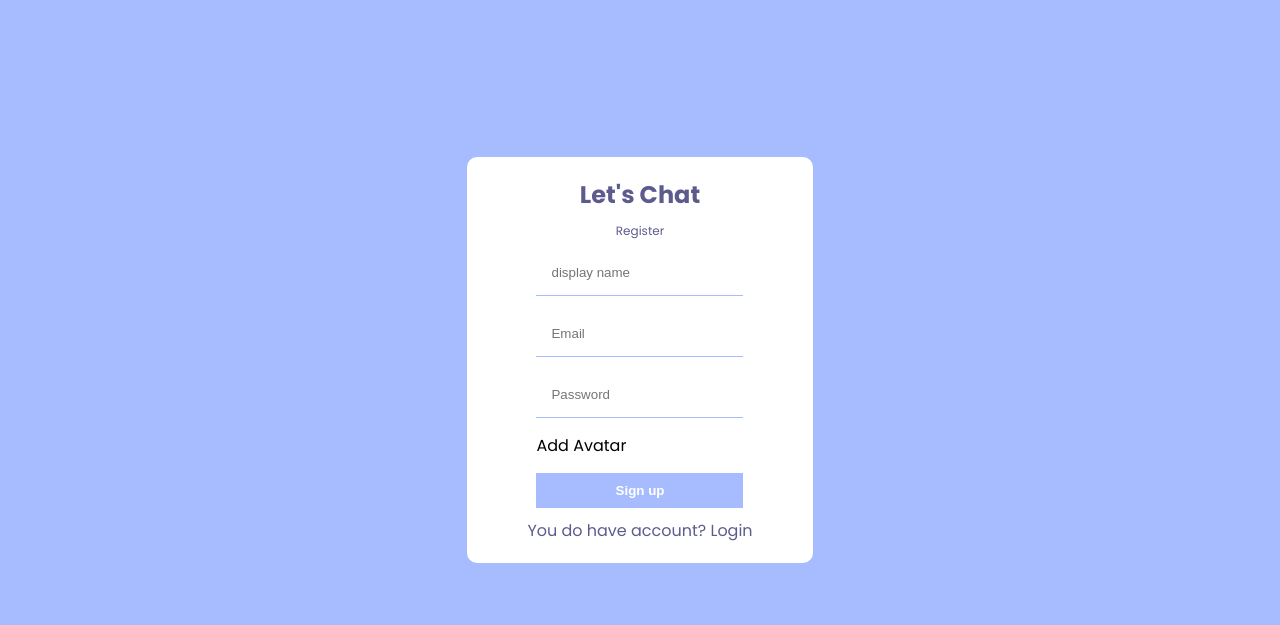
Repository: shikubro90/chatapp
Page: /
The author's editor kept a copy of each file at every save. The page is drawn from the files as they stood at one save, then again after a run of saves.
The browser window is 1280 px wide. The pictures show the whole page.
The project was rebuilt for these pictures with package versions that can differ from the ones it lists, and the page was loaded fresh each time.

Above is the page before, as saved 2022-09-08 16:03:02.

After the next 2 saves:
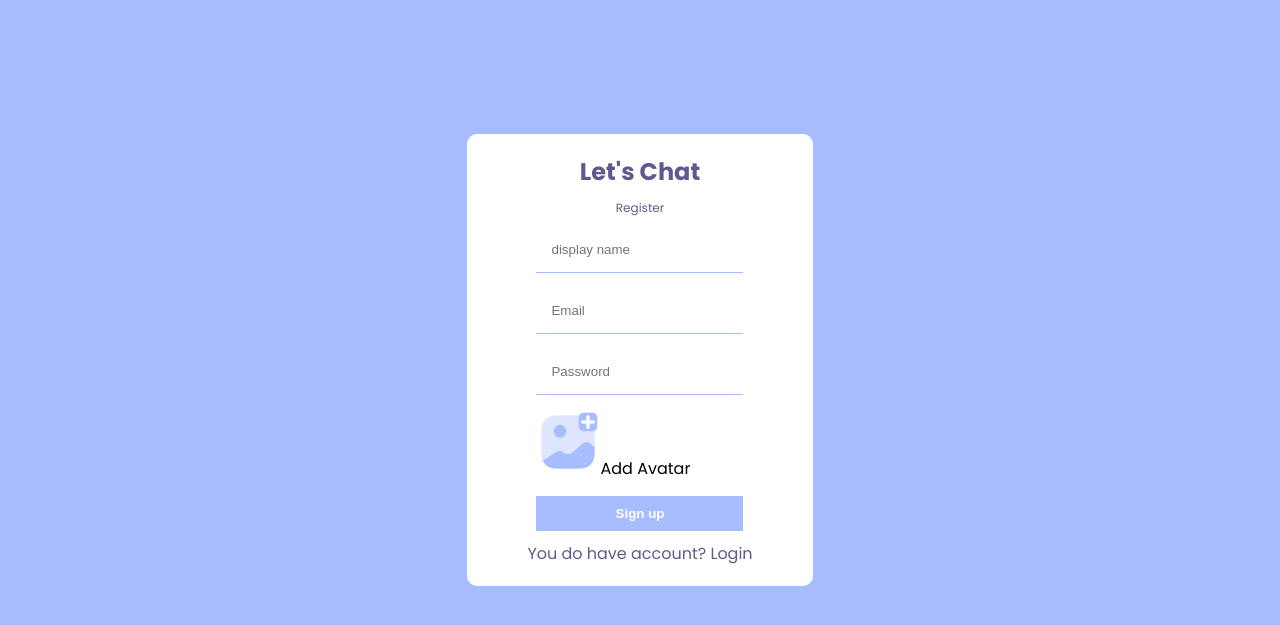
The 2 saves are shown as one change because they came seconds apart.
The last was saved 7 s later.
--- a/src/pages/Register.jsx
+++ b/src/pages/Register.jsx
@@ -14,7 +14,7 @@ const Register = () => {
                 <input type="password" placeholder='Password'/>
                 <input type="file" style={{display:"none"}} id="file" />
                 <label htmlFor="file">
-                  <img src="" alt="" />
+                  <img src={Add} alt="" />
                   <span>Add Avatar</span>
                 </label>
                 <button>Sign up</button>
